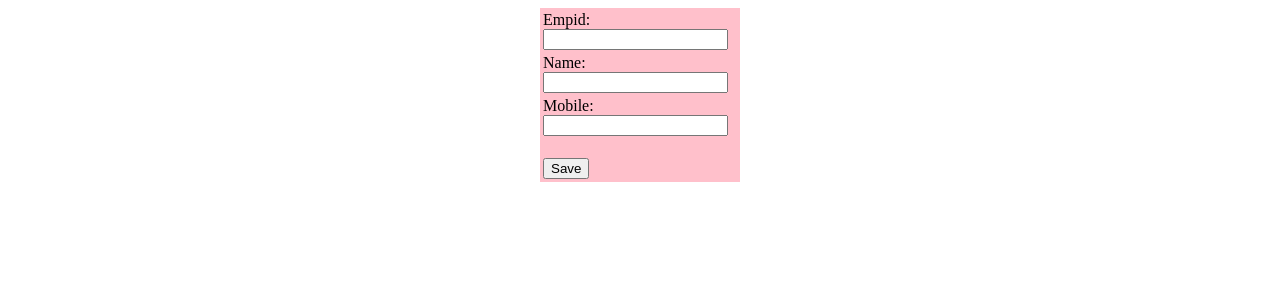
Repository: Suknaina/Repo
Page: MockServlet/src/main/webapp/Home.html
An editor plug-in stored every save of this project. The page is shown before and after the next save, followed by the edit.
The browser window is 1280 px wide. The pictures show the whole page.

Above is the page before, as saved 2023-05-23 17:14:51.

After the next save:
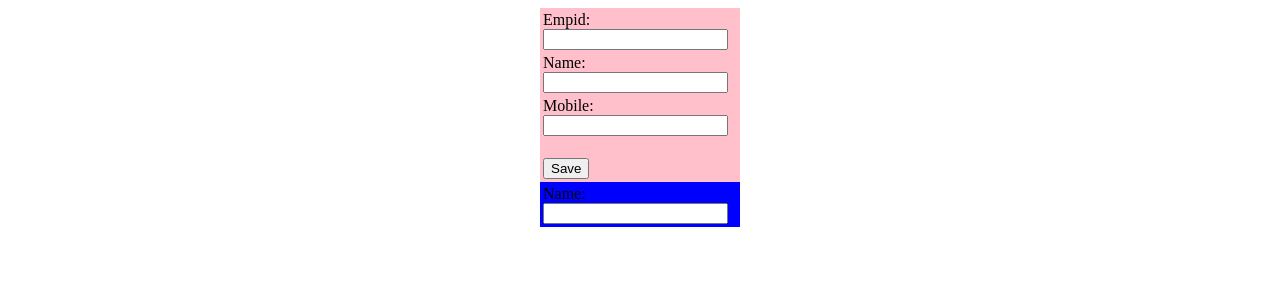
Saved 2 min 31 s later.
--- a/MockServlet/src/main/webapp/Home.html
+++ b/MockServlet/src/main/webapp/Home.html
@@ -28,6 +28,15 @@
 				</tr>
 			</table>
 		</form>
+
+		<form action="">
+			<table bgcolor="blue" width="200px">
+			<tr>
+					<td>Name: <input type="text" name="name"><br>
+					</td>
+				</tr>
+			</table>
+		</form>
 	</center>
 </body>
 </html>
